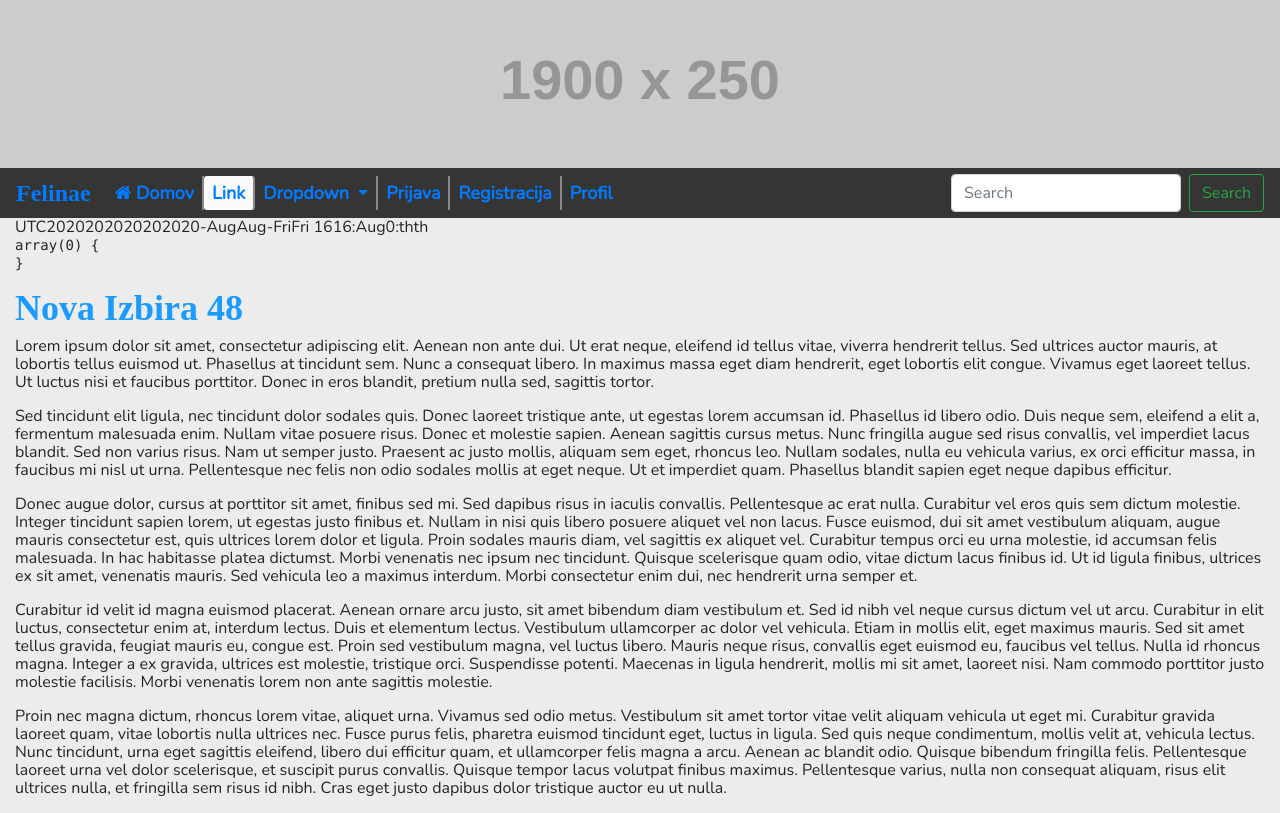
Repository: UrbyK/Felinae
Page: http://localhost/index.php?page=home
An editor plug-in stored every save of this project. The page is shown before and after the next save, followed by the edit.
The browser window is 1280 px wide. The pictures show the whole page.
Some web fonts or font styles are not loaded; a fallback is used. The page is run by PHP 8.4 with error messages shown; the project is at /var/www/html/.

Above is the page before, as saved 2020-08-13 13:51:04.

### index.php
<?php
    session_start();

    include './functions.php';

    $pdo = pdo_connect_mysql();

    $page = isset($_GET['page']) && file_exists($_GET['page']. '.php') ? $_GET['page'] : 'home';
    include $page . '.php';


?>

### functions.php
<?php
    include './includes/dbh.inc.php';

    include_once('./includes/search-functions.php');

    function template_header($title){
        include_once('./header.php');
    }

    function template_footer(){
        include_once('./footer.php');
    }


    function countries(){
        $pdo = pdo_connect_mysql();
        $stmt = $pdo->prepare("SELECT * FROM country");
        $stmt->execute();
        $result = $stmt->fetchAll(PDO::FETCH_ASSOC);
        return $result;
    }


?>

### includes/dbh.inc.php
<?php
    function pdo_connect_mysql(){
        /* credentials */
        $dbHost = 'localhost';
        $dbUser = 'root';
        $dbPass = '';
        $dbName = 'felinae';

        try{
            return new PDO('mysql:host=' . $dbHost . ';dbname=' . $dbName . ';charset=utf8', $dbUser, $dbPass);
        } catch (PDOException $exception) {
            // If there is an error with the connection, stop the script and display the error.
            die ('Failed to connect to database!'. $exception->getMessage());
        }
    }
?>

### includes/search-functions.php
<?php
    function get_city($pdo, $city, $postalCode, $country_id){

        $query = "SELECT * FROM city WHERE country_id = ? AND lower(city) LIKE lower(?) AND postalCode = ?";
        $stmt = $pdo->prepare($query);
        $stmt->execute([$country_id, $city, $postalCode]);
        return $stmt;
    }
?>

### home.php
<?=template_header('Home')?>

<?php

echo date_default_timezone_get();
echo date('YYYY-MM-DD HH:MI:SS', time());


echo '<pre>';
var_dump($_SESSION);
echo '</pre>';
?>

    <h1>Nova Izbira 48</h1>
<p>
Lorem ipsum dolor sit amet, consectetur adipiscing elit. Aenean non ante dui. Ut erat neque, eleifend id tellus vitae, viverra hendrerit tellus. Sed ultrices auctor mauris, at lobortis tellus euismod ut. Phasellus at tincidunt sem. Nunc a consequat libero. In maximus massa eget diam hendrerit, eget lobortis elit congue. Vivamus eget laoreet tellus. Ut luctus nisi et faucibus porttitor. Donec in eros blandit, pretium nulla sed, sagittis tortor.
</p>
<p>
Sed tincidunt elit ligula, nec tincidunt dolor sodales quis. Donec laoreet tristique ante, ut egestas lorem accumsan id. Phasellus id libero odio. Duis neque sem, eleifend a elit a, fermentum malesuada enim. Nullam vitae posuere risus. Donec et molestie sapien. Aenean sagittis cursus metus. Nunc fringilla augue sed risus convallis, vel imperdiet lacus blandit. Sed non varius risus. Nam ut semper justo. Praesent ac justo mollis, aliquam sem eget, rhoncus leo. Nullam sodales, nulla eu vehicula varius, ex orci efficitur massa, in faucibus mi nisl ut urna. Pellentesque nec felis non odio sodales mollis at eget neque. Ut et imperdiet quam. Phasellus blandit sapien eget neque dapibus efficitur.
</p>
<p>
Donec augue dolor, cursus at porttitor sit amet, finibus sed mi. Sed dapibus risus in iaculis convallis. Pellentesque ac erat nulla. Curabitur vel eros quis sem dictum molestie. Integer tincidunt sapien lorem, ut egestas justo finibus et. Nullam in nisi quis libero posuere aliquet vel non lacus. Fusce euismod, dui sit amet vestibulum aliquam, augue mauris consectetur est, quis ultrices lorem dolor et ligula. Proin sodales mauris diam, vel sagittis ex aliquet vel. Curabitur tempus orci eu urna molestie, id accumsan felis malesuada. In hac habitasse platea dictumst. Morbi venenatis nec ipsum nec tincidunt. Quisque scelerisque quam odio, vitae dictum lacus finibus id. Ut id ligula finibus, ultrices ex sit amet, venenatis mauris. Sed vehicula leo a maximus interdum. Morbi consectetur enim dui, nec hendrerit urna semper et.
</p>
<p>
Curabitur id velit id magna euismod placerat. Aenean ornare arcu justo, sit amet bibendum diam vestibulum et. Sed id nibh vel neque cursus dictum vel ut arcu. Curabitur in elit luctus, consectetur enim at, interdum lectus. Duis et elementum lectus. Vestibulum ullamcorper ac dolor vel vehicula. Etiam in mollis elit, eget maximus mauris. Sed sit amet tellus gravida, feugiat mauris eu, congue est. Proin sed vestibulum magna, vel luctus libero. Mauris neque risus, convallis eget euismod eu, faucibus vel tellus. Nulla id rhoncus magna. Integer a ex gravida, ultrices est molestie, tristique orci. Suspendisse potenti. Maecenas in ligula hendrerit, mollis mi sit amet, laoreet nisi. Nam commodo porttitor justo molestie facilisis. Morbi venenatis lorem non ante sagittis molestie.
</p>
<p>
Proin nec magna dictum, rhoncus lorem vitae, aliquet urna. Vivamus sed odio metus. Vestibulum sit amet tortor vitae velit aliquam vehicula ut eget mi. Curabitur gravida laoreet quam, vitae lobortis nulla ultrices nec. Fusce purus felis, pharetra euismod tincidunt eget, luctus in ligula. Sed quis neque condimentum, mollis velit at, vehicula lectus. Nunc tincidunt, urna eget sagittis eleifend, libero dui efficitur quam, et ullamcorper felis magna a arcu. Aenean ac blandit odio. Quisque bibendum fringilla felis. Pellentesque laoreet urna vel dolor scelerisque, et suscipit purus convallis. Quisque tempor lacus volutpat finibus maximus. Pellentesque varius, nulla non consequat aliquam, risus elit ultrices nulla, et fringilla sem risus id nibh. Cras eget justo dapibus dolor tristique auctor eu ut nulla.
</p>

### header.php
<!DOCTYPE html>
<html>
    <head>
        <meta charset="utf-8" content="text/html"/>
        <meta name="viewport" content="width=device-width, intital-scale=1.0"/>

        <!-- JavaScript -->
        <script src="https://code.jquery.com/jquery-3.5.1.min.js" integrity="sha256-9/aliU8dGd2tb6OSsuzixeV4y/faTqgFtohetphbbj0=" crossorigin="anonymous"></script>

        <!-- Boostrap -->
            <!-- CSS -->
        <link rel="stylesheet" href="https://stackpath.bootstrapcdn.com/bootstrap/4.5.0/css/bootstrap.min.css"
            integrity="sha384-9aIt2nRpC12Uk9gS9baDl411NQApFmC26EwAOH8WgZl5MYYxFfc+NcPb1dKGj7Sk" crossorigin="anonymous" />

            <!-- JavaScript -->
        <script src="https://stackpath.bootstrapcdn.com/bootstrap/4.5.0/js/bootstrap.bundle.min.js"
             integrity="sha384-1CmrxMRARb6aLqgBO7yyAxTOQE2AKb9GfXnEo760AUcUmFx3ibVJJAzGytlQcNXd" crossorigin="anonymous"></script>

        <!-- FONTAWESOME -->
        <link rel="stylesheet" href="https://stackpath.bootstrapcdn.com/font-awesome/4.7.0/css/font-awesome.min.css" integrity="sha384-wvfXpqpZZVQGK6TAh5PVlGOfQNHSoD2xbE+QkPxCAFlNEevoEH3Sl0sibVcOQVnN"
         crossorigin="anonymous">

         <script src="./js/active-menu.js" crossorigin="anonymous"></script>


        <!-- Custom CSS -->
        <link rel="stylesheet" href="./css/style.css"/>

        <title>Felinae</title>
    </head>

    <body>

        <header>
            <div class="banner"><img src="https://via.placeholder.com/1900x250" alt="banner"></div>
        </header>

       <!-- <nav class="navbar sticky-top navbar-expand-lg navbar-light bg-light ">-->
        <nav class="navbar sticky-top navbar-expand-lg">
            <a class="navbar-brand" href="#">Felinae</a>
            <button class="navbar-toggler ml-auto custom-toggler" type="button" data-toggle="collapse" data-target="#navbarSupportedContent" aria-controls="navbarSupportedContent" aria-expanded="false" aria-label="Toggle navigation">
                <span class="navbar-toggler-icon"></span>
            </button>

            <div class="collapse navbar-collapse" id="navbarSupportedContent">

                <ul class="navbar-nav mr-auto">
                    <li class="nav-item">
                        <a class="nav-link" href="./index.php"><i class="fa fa-home" aria-hidden="true"></i> Domov <span class="sr-only">(current)</span></a>
                    </li>
                    <li class="nav-item">
                        <a class="nav-link" href="./index.php?page=home">Link</a>
                    </li>
                    <li class="nav-item dropdown" >
                        <a class="nav-link dropdown-toggle" href="#" id="navbarDropdown" role="button" data-toggle="dropdown" aria-haspopup="true" aria-expanded="false">
                        Dropdown
                        </a>
                        <div class="dropdown-menu" aria-labelledby="navbarDropdown">
                        <a class="dropdown-item" href="#">Action</a>
                        <a class="dropdown-item" href="#">Another action</a>
                        <div class="dropdown-divider"></div>
                        <a class="dropdown-item" href="#">Something else here</a>
                        </div>
                    </li>

                    <li class="nav-item">
                        <a class="nav-link" href="./index.php?page=login">Prijava</a>
                    </li>

                    <li class="nav-item">
                        <a class="nav-link" href="./index.php?page=register-personal">Registracija</a>
                    </li>

                    <li>
                        <a class="nav-link" href="./index.php?page=profile">Profil</a>
                    </li>
                </ul>

                <form class="form-inline my-2 my-lg-0">
                    <input class="form-control mr-sm-2" type="search" placeholder="Search" aria-label="Search">
                    <button class="btn btn-outline-success my-2 my-sm-0" type="submit">Search</button>
                </form>

            </div>
        </nav>

    <div class="container-fluid">

### js/active-menu.js
$(function(){
    // this will get the full URL at the address bar
    var url = window.location.href;

    // passes on every "a" tag
    $(".navbar a").each(function() {
            // checks if its the same on the address bar
        if(url == (this.href)) {
            $(this).closest("li").addClass("active");
        }
    });
});

### css/style.css
@import url('http://fonts.googleapis.com/css?family=Oxygen+Mono');
@import url('https://fonts.googleapis.com/css?family=Damion|Neucha|Pacifico|Yellowtail&display=swap');
@import url('https://fonts.googleapis.com/css2?family=Crimson+Text&family=Nunito&family=Overlock&family=Source+Sans+Pro&display=swap');
@import url('https://fonts.googleapis.com/css2?family=Love+Ya+Like+A+Sister&display=swap');

body{
    padding: 0;
    margin: 0 auto;
    font-size: 16px;
    line-height: 1.125em;

    font-family: 'Nunito', 'Source Sans Pro', sans-serif;
    background-color: #ececec;
}

h1, h2, h3, h4, h5, h6{
    font-family: 'Overlock', 'Crimson Text', cursive, serif;
    color: #1b9bff;
    font-weight: 550;
    line-height: 1.125em;
}

h1{
    font-size: 36px;
}
h2{
    font-size: 32px;
}
h3{
    font-size: 28px;
}
h4{
    font-size: 24px;
}
h5{
    font-size: 20px;
}
h6{
    font-size: 16px;
}
/* BANNER */
.banner img{
    width: 100%;
    height: auto;
}

/*NAVBAR*/
.navbar{
    background-color: rgb(53,53,53);
    font-size: 18px;
    font-weight: 600;
    max-height: 50px;
}

.navbar-brand{
    font-size: 24px;
    font-family: 'Love Ya Like A Sister','Overlock';
    font-weight: 800;

}

.custom-toggler .navbar-toggler-icon {
    background-image: url("data:[embedded picture, 239 characters]");
  }

  .custom-toggler, .navbar-toggler {
    border-color: rgb(27, 155, 255);
    border-width: 2px;
  }

  .active{
    background-color: #FAFAFA;
    border-radius: 3px;
  }
.navbar-nav .nav-item{
    border-right: 2px solid #888;
}


/*REGISTER/LOGIN FORM*/

.my-form .hint{
    font-size: 10px;
}

After the next save:
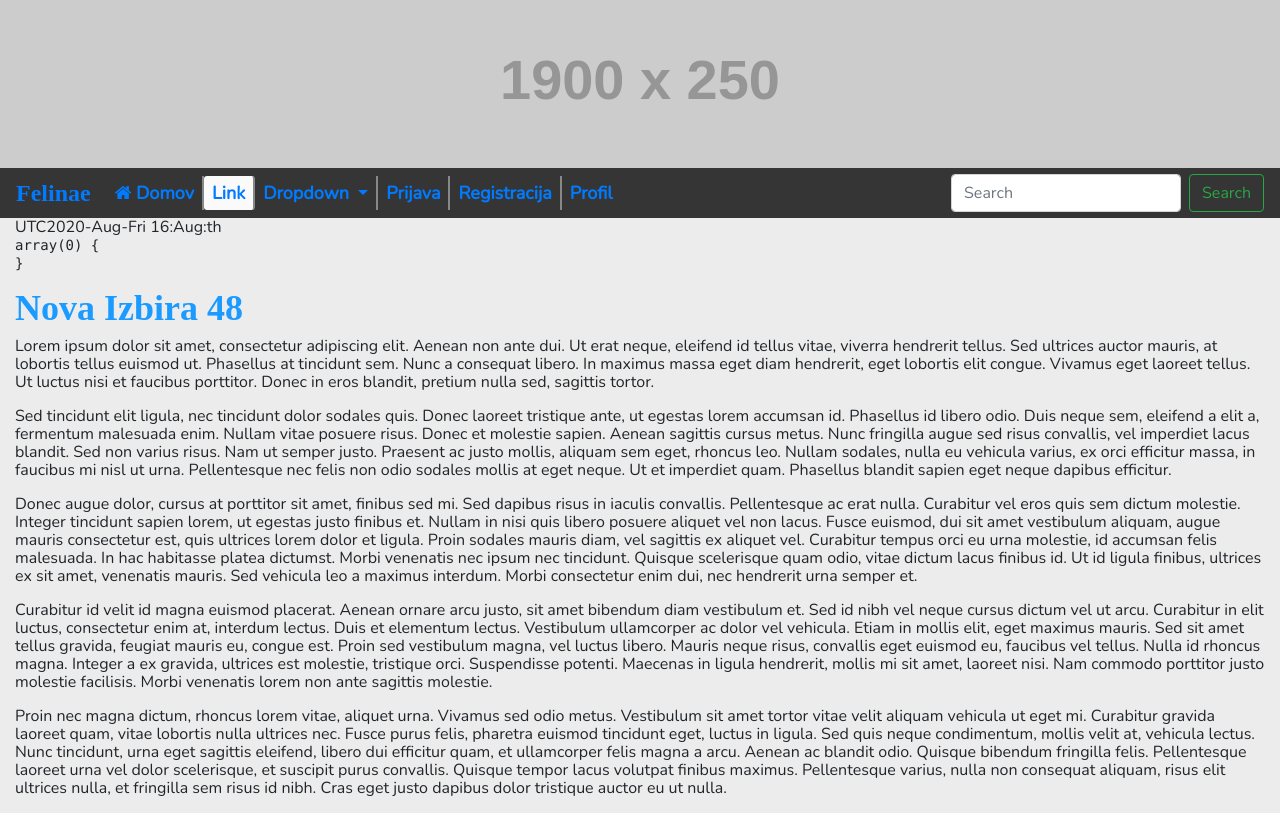
Saved 21 s later.
--- a/home.php
+++ b/home.php
@@ -3,7 +3,7 @@
 <?php
 
 echo date_default_timezone_get();
-echo date('YYYY-MM-DD HH:MI:SS', time());
+echo date('Y-M-D H:M:S', time());
 
 
 echo '<pre>';
